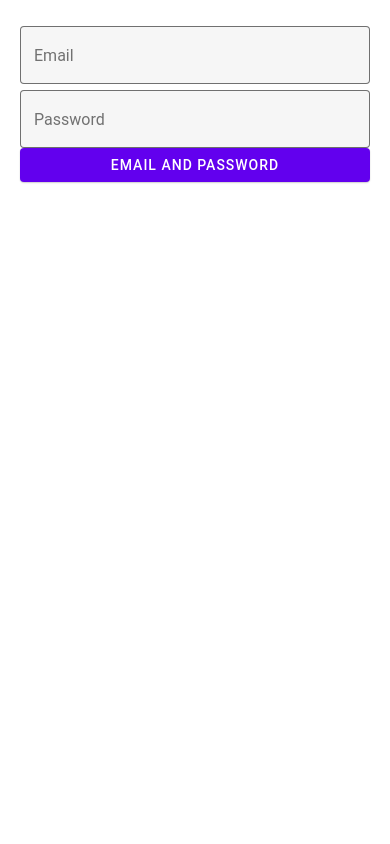
Repository: pascalgrim/GymTracker
Screen: /
These files come from the project's save history. The screen is drawn as it stood at one moment and after the next save; the edit follows.
The app was drawn by React Native's web renderer in a window 390 px wide. The project was rebuilt for these pictures with package versions that can differ from the ones it lists, and the page was loaded fresh each time. Also part of the build but not shown: components/menuCard.js, components/Dashboard.js, firebase.js, context/AuthContext.js.

Above is the screen before, as saved 2021-11-04 22:14:43.

After the next save:
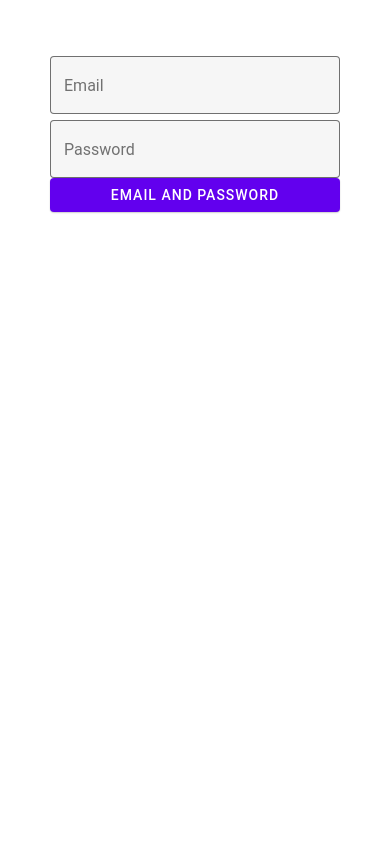
Saved 6 s later.
--- a/components/Signup.js
+++ b/components/Signup.js
@@ -37,7 +37,7 @@ export default function Signup() {
 
     }
     return (
-        <View style={{padding:20}}>
+        <View style={{padding:50}}>
   <TextInput
       label="Email"
       mode="outlined"
